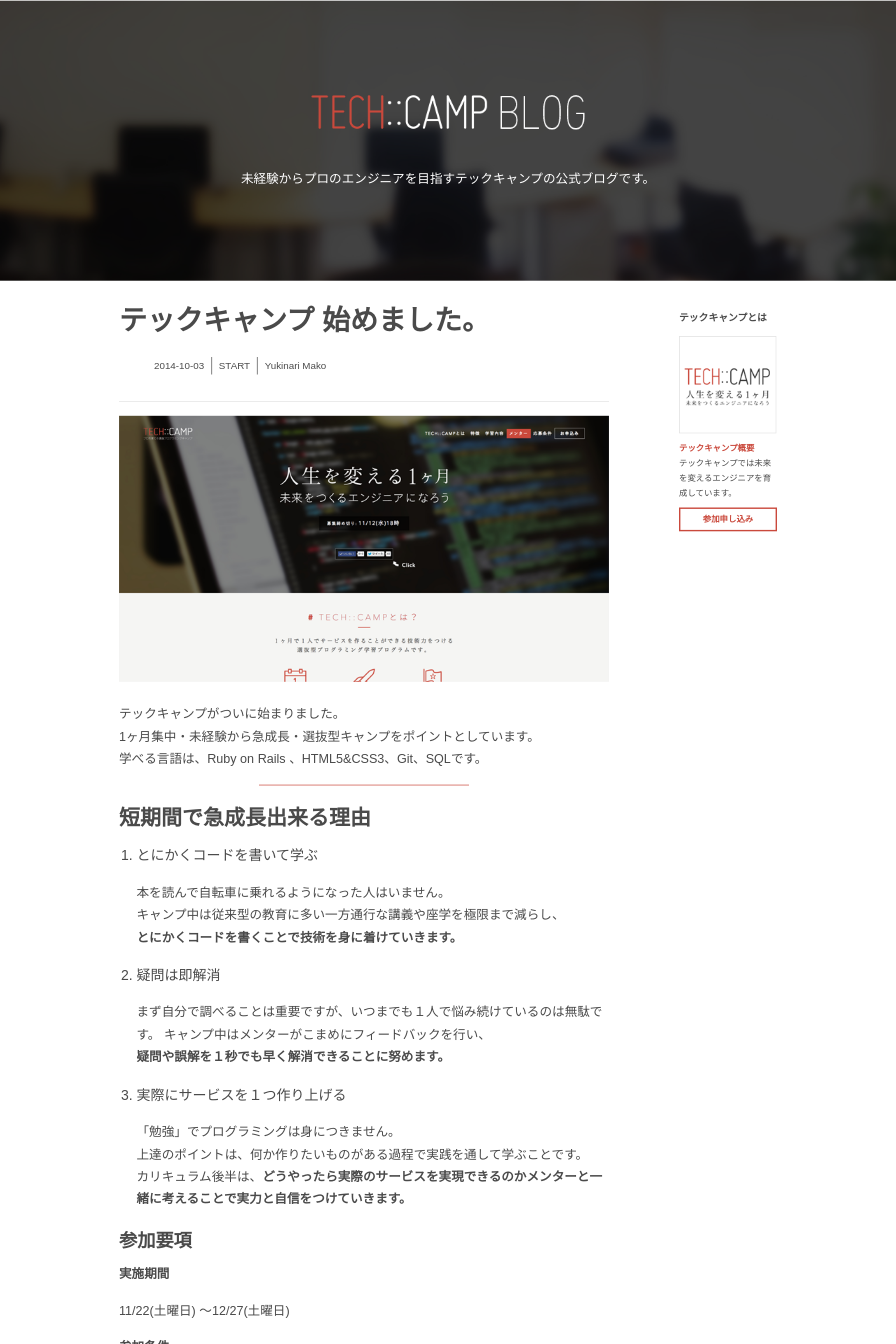
Repository: Kame0012/git_nekotter
Page: techcamp_htmlcss/techcamp_blog/index.html
The author's editor kept a record of every edit. The page is drawn from the files as they stood at one moment, then again after the next edit.
The browser window is 1280 px wide. The pictures show the part of the page from y = 0 to 1920 px (the page is 2573 px tall), at 70% of full size.

Above is the page before.

### techcamp_htmlcss/techcamp_blog/index.html
<!DOCTYPE HTML>
<html>
  <head>
    <meta charset="UTF-8">
    <title>テックキャンプ BLOG</title>
    <link rel="stylesheet" href="style.css">
  </head>

  <body>
    <header id="mainHeader">
      <h1><img src="images/logo.png" alt="テックキャンプ BLOG"></h1>
      <p>未経験からプロのエンジニアを目指すテックキャンプの公式ブログです。</p>
    </header>

    <div class="contents clearfix">
      <div class="left_content">
        <article>
          <header>
            <h2>テックキャンプ 始めました。</h2>
            <ul class="meta clearfix">
              <li>2014-10-03</li>
              <li>START</li>
              <li class="meta_last_child">Yukinari Mako</li>
            </ul>
          </header>
          <img src="images/blog_archive_image.png" alt="テックキャンプ ウェブサイト">
          <p>テックキャンプがついに始まりました。<br>1ヶ月集中・未経験から急成長・選抜型キャンプをポイントとしています。<br>
          学べる言語は、Ruby on Rails 、HTML5&CSS3、Git、SQLです。</p>
          <hr>
          <h3>短期間で急成長出来る理由</h3>
          <ol>
            <li>とにかくコードを書いて学ぶ
              <p>本を読んで自転車に乗れるようになった人はいません。<br>
                キャンプ中は従来型の教育に多い一方通行な講義や座学を極限まで減らし、<br>
                <span class="bold">とにかくコードを書くことで技術を身に着けていきます。</span>
              </p>
            </li>
            <li>疑問は即解消
              <p>まず自分で調べることは重要ですが、いつまでも１人で悩み続けているのは無駄です。
              キャンプ中はメンターがこまめにフィードバックを行い、<br>
              <span class="bold">疑問や誤解を１秒でも早く解消できることに努めます。</span>
              </p>
            </li>
            <li>実際にサービスを１つ作り上げる
              <p>「勉強」でプログラミングは身につきません。<br>
                  上達のポイントは、何か作りたいものがある過程で実践を通して学ぶことです。<br>
                  カリキュラム後半は、<span class="bold">どうやったら実際のサービスを実現できるのかメンターと一緒に考えることで実力と自信をつけていきます。</span>
              </p>
            </li>
          </ol>

        <h4>参加要項</h4>
        <h5>実施期間</h5>
        <p>11/22(土曜日) 〜12/27(土曜日)</p>
        <h5>参加条件</h5>

        <ol>
          <li><span class="underline">学習時間を確保できること</span>
            <ul>
              <li>キャンプ中、平日3時間以上、土日祝日6時間以上の学習時間を確保できる方</li>
              <li>週3回以上渋谷のオフィスに来られる方</li>
              <li>※毎週土曜日は進捗共有会を開催いたしますので原則ご参加ください（9時半〜18時）</li>
            </ul>
          </li>
          <li><span class="underline">Mac(PC)を持参できる方</span>
            <ul>
              <li>開発には必ず必要のためご自身で購入をお願いします</li>
              <li>Windows(PC)ではご参加頂けません</li>
            </ul>
          </li>
          <li><span class="underline">キャンプ終了後も継続的に学習を続け、エンジニアとして活躍していく意志のある方</span></li>
        </ol>

        <a href="http://tech-camp.in" class="underline">詳しくはこちら https://tech-camp.in/</a>

        </article>

        <ul class="pagenation clearfix">
          <li class="prev"><a href="#">< PREV</a></li>
          <li class="next"><a href="#">NEXT ></a></li>
        </ul>
      </div>

      <div class="right_content">
        <aside>
          <h2>テックキャンプとは</h2>
          <img src="images/tech-camp.png" alt="">
          <p>
            <strong>テックキャンプ概要</strong><br>
            テックキャンプでは未来を変えるエンジニアを育成しています。
            <a href="http://tech-camp.in">参加申し込み</a>
          </p>
        </aside>
      </div>
    </div>

    <footer id="mainFooter" class="clearfix">
      <p>C 2014 we-b inc.</p>
    </footer>

  </body>
</html>

### techcamp_htmlcss/techcamp_blog/style.css
body, html {
   height: 100%;
   background-color: white;
 }

 h1, h2, h3, h4, h5, h6, p, body {
   line-height: 1.77;
   font-size: 18px;
   color: #4a4a4a;
   font-family: sans-serif;
   margin: 0;
   padding: 0;
 }

 ol{
   margin: 0;
   padding-left: 25px;
 }

 .contents {
   width: 940px;
   /* 上下は余白なし。左右は均一 */
   margin: 0 auto;
 }

 .left_content {
   width: 700px;
   /* 並列に並べる。左寄せ */
   float: left;
   margin: 40px 0 0 0;
 }

 .right_content {
   width: 140px;
  　/* 並列に並べる。右寄せ */
   float: right;
 }

/* floatプロパティを使用した際に起こるレイアウトの崩れを修正するためのクラス　*/
 .clearfix:after {
   content: "";
   clear: both;
   display: block;
 }

 .bold {
   font-weight: bold;
 }

 .underline {
   text-decoration: underline;
 }


 #mainHeader {
   /* 背景画像など　*/
   background: url(images/bg_header.png) no-repeat center center;
   padding: 130px 0;
   text-align: center;
 }

 #mainHeader p {
   margin: 30px 0 0 0;
   color: #fff;
   font-family: serif;
 }

 a {
   text-decoration: none;
   color: #ca493c;
 }

 h1 {
   font-size: 45px;
 }

 h2 {
   font-size: 40px;
 }

 h3 {
   font-size: 33px;
 }

 h4 {
   font-size: 27px;
 }

.contents .left_content article {
   border-bottom: 1px solid #bebebe;
   padding-bottom: 30px;
 }

 .contents .left_content header {
   padding: 0 0 20px;
   border-bottom: 1px solid #e3e3e3;
   margin-bottom: 20px;
 }

 .contents .left_content h2 {
   padding-top: 20px;
 }

 .contents .left_content p {
   margin: 20px 0;
 }

 .contents .left_content {
   margin: 0;
   padding: 0;
   list-style: none;
 }

 .contents .left_content .meta li {
   padding: 0 10px;
   margin: 0;
   float: left;
   list-style: none;
   font-size: 14px;
   color: #4c4c4c;
   border-right: 1px solid #4c4c4c;
 }

 .contents .left_content li.meta_last_child {
   border-right: none;
 }

 .contents .left_content h3, .contents .left_content h4 {
   margin-bottom: 10px;
 }

 .contents .left_content h3 {
   font-size: 30px;
 }

 .contents .left_content h4 {
   font-size: 26px;
 }

 .contents .left_content hr {
   width: 300px;
   margin: 20px auto;
   border: 0;
   border-top: 1px solid #ca493c;
 }

 .contents .left_content ol {
   margin-top: 0px;
   font-size: 20px;
 }

 .contents .pagenation {
   padding: 10px 0;
   font-size: 12px;
 }

 .contents .pagenation li {
   border: 1px solid #e3e3e3;
   list-style: none;
 }

 .contents .pagenation li a {
   display: block;
   padding: 5px 10px;
 }

 .contents .pagenation li a:hover {
   background-color: #f7f7f6;
 }

 .contents .pagenation li.prev {
   float: left;
 }

 .contents .pagenation li.next {
   float: right;
 }

 .right_content {
   margin-top: 40px;
   width: 140px;
   float: right;
 }

 .right_content h2 {
   font-size: 14px;
   margin: 0 0 14px 0;
 }

 .right_content p {
   font-size: 12px;
 }

 .right_content p strong {
   color: #ca493c;
 }

 .right_content p a {
   border: 2px solid #ca493c;
   line-height: 30px;
   /* 中央寄せしたいインライン要素の親要素に入れる */
   text-align: center;
   display: block;
   font-weight: bold;
   margin-top: 10px;
 }

 #mainFooter {
   padding-top: 40px;
 }

 #mainFooter p {
   border-top: 1px solid #e3e3e3;
   text-align: center;
   padding: 20px 0;
   font-size: 12px;
 }
このカリキュラムの理解度を教えてください
ボタンを押していただくと次へ進めます

After the next edit:
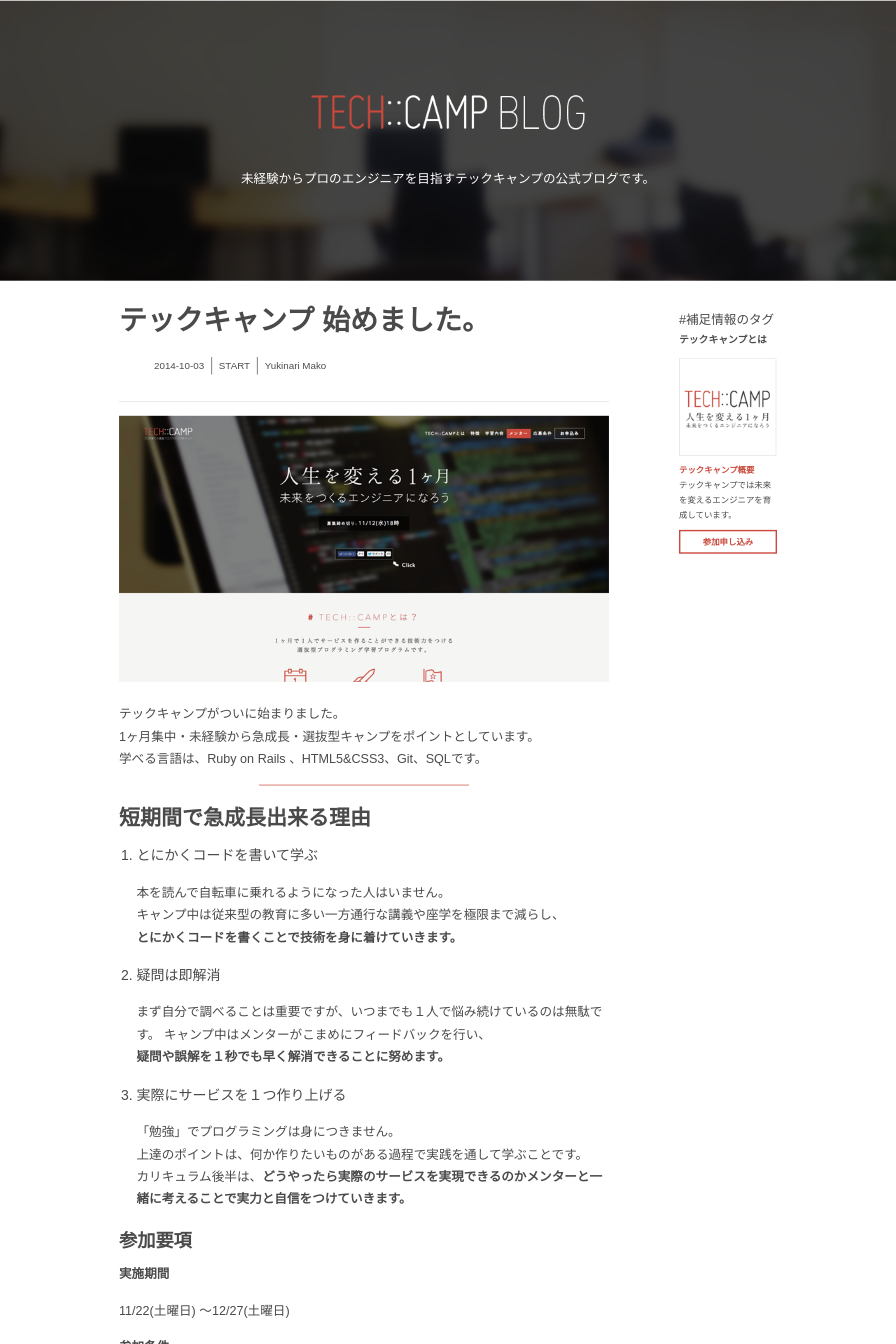
The edit:
--- a/techcamp_htmlcss/techcamp_blog/index.html
+++ b/techcamp_htmlcss/techcamp_blog/index.html
@@ -82,7 +82,7 @@
       </div>
 
       <div class="right_content">
-        <aside>
+        <aside>                                                              #補足情報のタグ
           <h2>テックキャンプとは</h2>
           <img src="images/tech-camp.png" alt="">
           <p>
